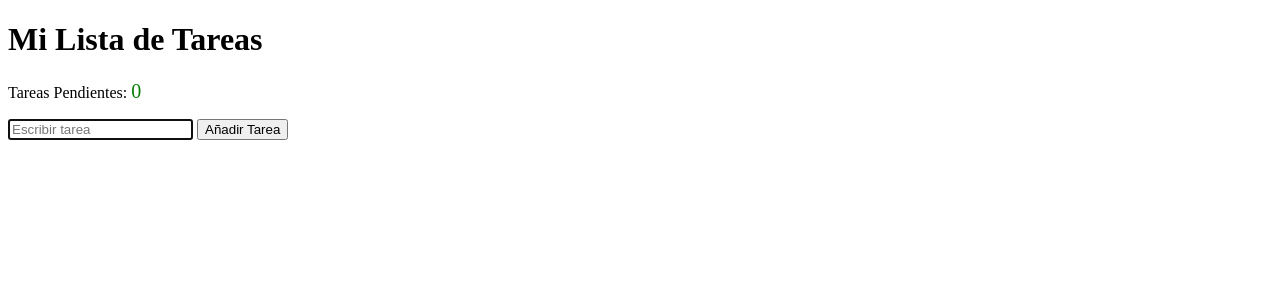
Repository: montsecg/nuclio-javascript-lecture-montse
Page: index.html
An editor plug-in stored every save of this project. The page is shown before and after the next save, followed by the edit.
The browser window is 1280 px wide. The pictures show the whole page.

Above is the page before, as saved 2021-04-16 12:41:00.

After the next save:
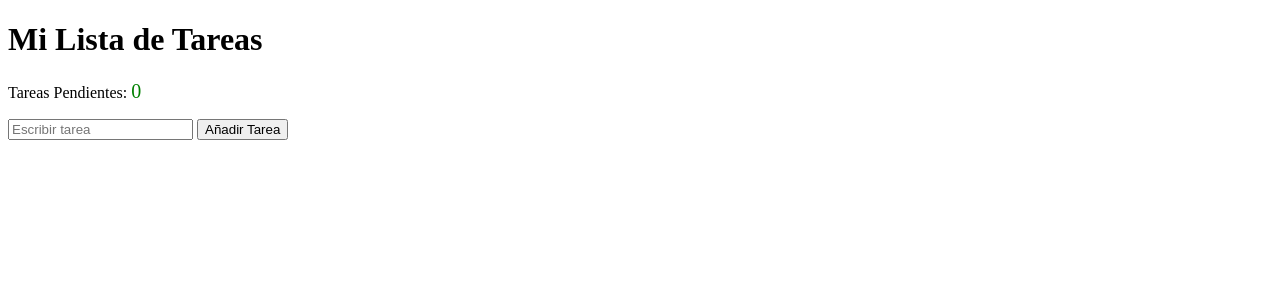
Saved 3 min 18 s later.
--- a/index.html
+++ b/index.html
@@ -14,7 +14,7 @@
     <h1 class= "title">Mi Lista de Tareas</h1>
     <p>Tareas Pendientes: <span></span></p>
     <form>
-        <input placeholder= "Escribir tarea" type="text" autofocus>
+        <input placeholder= "Escribir tarea" type="text" >
         <button type="submit">Añadir Tarea</button>
     </form>
     <p class="error"></p>

After the save that followed:
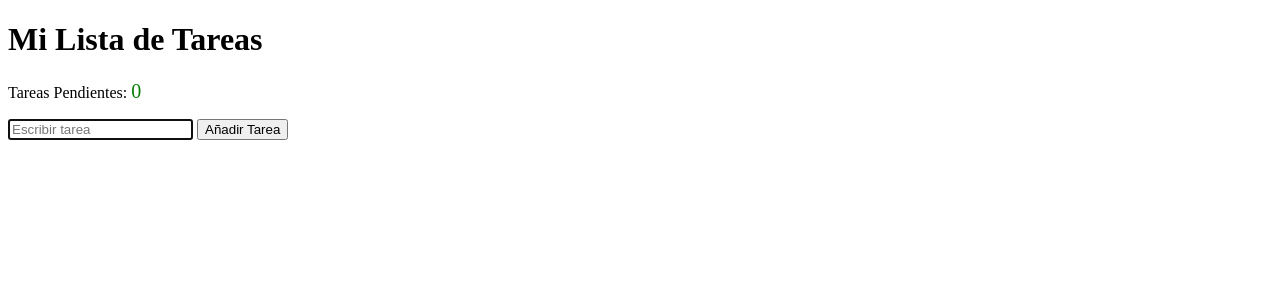
Saved 8 s later.
--- a/index.html
+++ b/index.html
@@ -14,7 +14,7 @@
     <h1 class= "title">Mi Lista de Tareas</h1>
     <p>Tareas Pendientes: <span></span></p>
     <form>
-        <input placeholder= "Escribir tarea" type="text" >
+        <input placeholder= "Escribir tarea" type="text" autofocus>
         <button type="submit">Añadir Tarea</button>
     </form>
     <p class="error"></p>
